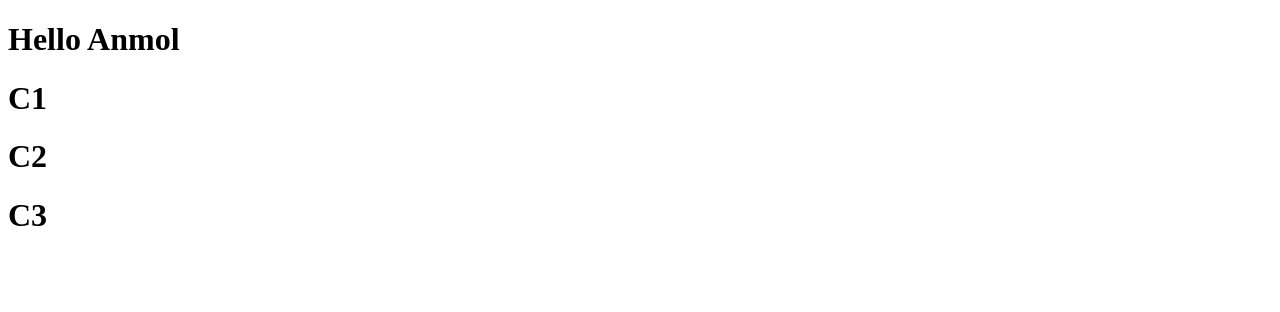
Repository: theanmol-raj/redux--
Page: /
The author's editor kept a copy of each file at every save. The page is drawn from the files as they stood at one save, then again after the next save.
The browser window is 1280 px wide. The pictures show the whole page.
The project was rebuilt for these pictures with package versions that can differ from the ones it lists, and the page was loaded fresh each time. Also part of the build but not shown: src/index.css.

Above is the page before, as saved 2023-01-09 21:16:45.

After the next save:
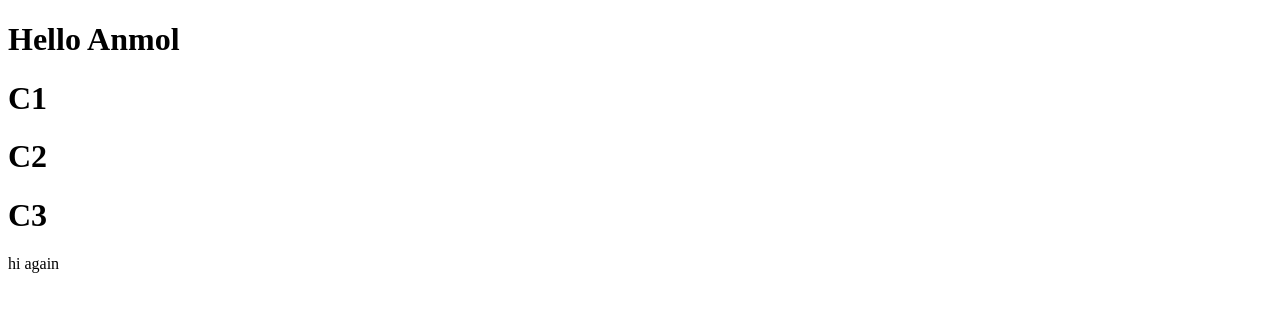
Saved 53 s later.
--- a/src/App.js
+++ b/src/App.js
@@ -1,27 +1,28 @@
 import { useState } from "react"
 
-function C1(){
+function C1({va}){
   return <div>
     <h1>C1</h1>
-    <C2 />
+    <C2 va={va} />
   </div>
 }
 
-function C2(){
+function C2({va}){
   return <div>
       <h1>C2</h1>
-      <C3 />
+      <C3 va={va} />
   </div>
 }
-function C3(){
+function C3({va}){
   return <div>
       <h1>C3</h1>
-      <C4 />
+      <C4 va={va} />
   </div>
 }
-function C4(va){
+function C4({va}){
   return <div>
     {/* hi again {va} */}
+    <p>hi again {}</p>
   </div>
 }
 
@@ -34,7 +35,7 @@ function App() {
   return (
     <div className="App">
       <h1>Hello {va}</h1>
-      <C1 />
+      <C1 va={va} />
     </div>
   );
 }
